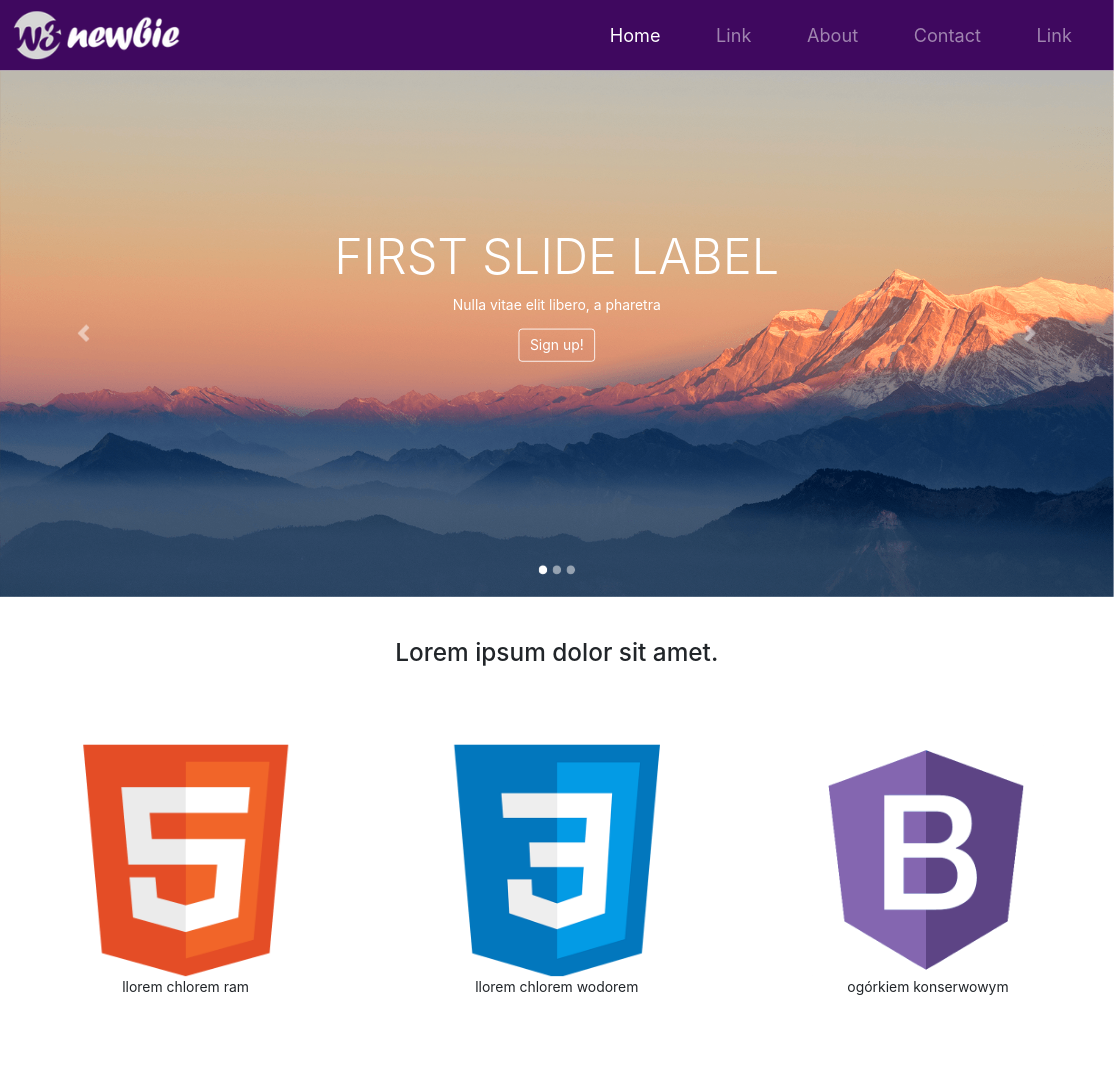
Repository: Mietlicha/bootstrap-project
Page: Bootstrap Website Files/index.html
These files come from the project's save history. The page is drawn as it stood at one moment and after the next save; the edit follows.
The browser window is 1280 px wide. The pictures show the whole page, at 87% of full size.

Above is the page before, as saved 2019-10-28 23:16:48.

### Bootstrap Website Files/index.html
<!DOCTYPE html>
<html lang="en">

<head>
  <title>Bootstrap Website Tutorial</title>
  <meta charset="utf-8">
  <meta name="viewport" content="width=device-width, initial-scale=1">
  <link rel="stylesheet" href="https://stackpath.bootstrapcdn.com/bootstrap/4.3.1/css/bootstrap.min.css"
    integrity="sha384-ggOyR0iXCbMQv3Xipma34MD+dH/1fQ784/j6cY/iJTQUOhcWr7x9JvoRxT2MZw1T" crossorigin="anonymous">
  <link rel="stylesheet" href="https://cdnjs.cloudflare.com/ajax/libs/font-awesome/4.7.0/css/font-awesome.min.css">
  <link rel="stylesheet" href="..//style.css">
</head>

<body>
  <!--Navbar--------------------------------------------------------------------------------------------------->
  <nav class="navbar navbar-expand-md navbar-dark bg-violet">
    <a class="navbar-brand" href="#"><img src="img/w3newbie.png" alt="logo"></a>
    <button class="navbar-toggler" type="button" data-toggle="collapse" data-target="#navbarSupportedContent"
      aria-controls="navbarSupportedContent" aria-expanded="false" aria-label="Toggle navigation">
      <span class="navbar-toggler-icon"></span>
    </button>

    <div class="collapse navbar-collapse" id="navbarSupportedContent">
      <ul class="navbar-nav ml-auto">
        <li class="nav-item active">
          <a class="nav-link" href="#">Home <span class="sr-only">(current)</span></a>
        </li>
        <li class="nav-item">
          <a class="nav-link" href="#">Link</a>
        </li>
        <li class="nav-item">
          <a class="nav-link" href="#">About</a>
        </li>
        <li class="nav-item">
          <a class="nav-link" href="#">Contact</a>
        </li>
        <li class="nav-item">
          <a class="nav-link" href="#">Link</a>
        </li>
      </ul>
    </div>
  </nav>

  <!--Slider-------------------------------------------------------------------------------------------------->
  <section>
    <div id="carouselExampleIndicators" class="carousel slide" data-interval="false" data-ride="carousel">
      <ol class="carousel-indicators">
        <li data-target="#carouselExampleIndicators" data-slide-to="0" class="active"></li>
        <li data-target="#carouselExampleIndicators" data-slide-to="1"></li>
        <li data-target="#carouselExampleIndicators" data-slide-to="2"></li>
      </ol>
      <div class="carousel-inner">
        <div class="carousel-item active">
          <img src="img/mountains.png" class="d-block w-100 position-carusel-caption" alt="mountains">
          <div class="carousel-caption">
            <h1 class="display-4 text-uppercase">First slide label</h1>
            <p>Nulla vitae elit libero, a pharetra</p>
            <button type="button" class="btn btn-outline-primary mb-5">Sign up!</button>
          </div>
        </div>
        <div class="carousel-item">
          <img src="img/red.png" class="d-block w-100" alt="dusk at mountains">
        </div>
        <div class="carousel-item">
          <img src="img/snow.png" class="d-block w-100" alt="snowy mountains">
        </div>
      </div>
      <a class="carousel-control-prev" href="#carouselExampleIndicators" role="button" data-slide="prev">
        <span class="carousel-control-prev-icon" aria-hidden="true"></span>
        <span class="sr-only">Previous</span>
      </a>
      <a class="carousel-control-next" href="#carouselExampleIndicators" role="button" data-slide="next">
        <span class="carousel-control-next-icon" aria-hidden="true"></span>
        <span class="sr-only">Next</span>
      </a>
    </div>
  </section>

  <!--content--------------------------------------------------------------------------------------------------->
  <section>
      <header class="text-center mt-5"><h3>Lorem ipsum dolor sit amet.</h3></header>
    <div class="main-container text-center">
      <!-- <div class="row"> -->
        <figure class="col-12 col-md-4">
          <a href="#"><img src="img/html5.png" class="image-fluid" alt="html5"></a>
          <figcaption >llorem chlorem ram</figcaption>
        </figure>
        <figure class="col-12 col-md-4">
          <a href="#"><img src="img/css3.png" class="image-fluid" alt="css3"></a>
          <figcaption>llorem chlorem wodorem</figcaption>
        </figure>
        <figure class="col-12 col-md-4">
          <a href="#"><img src="img/bootstrap.png" class="image-fluid" alt="bootstrap"></a>
          <figcaption>ogórkiem konserwowym</figcaption>
        </figure>
      <!-- </div> -->
    </div>
  </section>

  <script src="https://code.jquery.com/jquery-3.3.1.slim.min.js"
    integrity="sha384-q8i/X+965DzO0rT7abK41JStQIAqVgRVzpbzo5smXKp4YfRvH+8abtTE1Pi6jizo"
    crossorigin="anonymous"></script>
  <script src="https://cdnjs.cloudflare.com/ajax/libs/popper.js/1.14.7/umd/popper.min.js"
    integrity="sha384-UO2eT0CpHqdSJQ6hJty5KVphtPhzWj9WO1clHTMGa3JDZwrnQq4sF86dIHNDz0W1"
    crossorigin="anonymous"></script>
  <script src="https://stackpath.bootstrapcdn.com/bootstrap/4.3.1/js/bootstrap.min.js"
    integrity="sha384-JjSmVgyd0p3pXB1rRibZUAYoIIy6OrQ6VrjIEaFf/nJGzIxFDsf4x0xIM+B07jRM"
    crossorigin="anonymous"></script>
</body>

</html>

### style.css
*{
    box-sizing: border-box;
}

body{
    margin: 0;
    padding: 0;
}

/*Navbar*/
.bg-violet{
    background-color: rgb(63, 8, 95);
}

.nav-item{
    padding: 0 1.5rem;
    font-size: 1.3rem;
}

.navbar-dark .navbar-nav .nav-link:hover {
    color: rgb(255,255,255);
}

/*Slider*/

.carousel-item{
    width: 100%;
    height: auto;
}
.carousel-indicators > li {
    width: 10px;
    height: 10px;
    border-radius: 50%;
  }

  /*wyśrodkowanie DIVA translateY!!!!!*/
  .carousel-caption{
    position: absolute;
    top: 50%;
    transform: translateY(-50%);
}

.btn-outline-primary{
    border-color: #fff;
    color: #fff;
}

.btn-outline-primary:focus{
    border: none;
}

/*content*/
.main-container{
display: flex;
flex-wrap: wrap;
justify-content: space-around;
align-items: center
}

.main-container figure{
/* background-color: rgb(185, 24, 24); */
width: 30%;
padding: 5rem;
}

.main-container figure img{
max-width: 100%;
height: auto;
}

@media(max-width:768px){
    .carousel-caption{
        top: 40%;
        transform: translateY(-50%);
    }

    .carousel-caption h1{
        font-size: 2rem;
    }
}

@media(max-width:500px){
    .carousel-caption{
        top: 33%;
        transform: translateY(-50%);
    }

    .carousel-caption h1{
        font-size: 1.7rem;
    }

    .carousel-caption p{
        font-size: 0.7rem;
    }
}

After the next save:
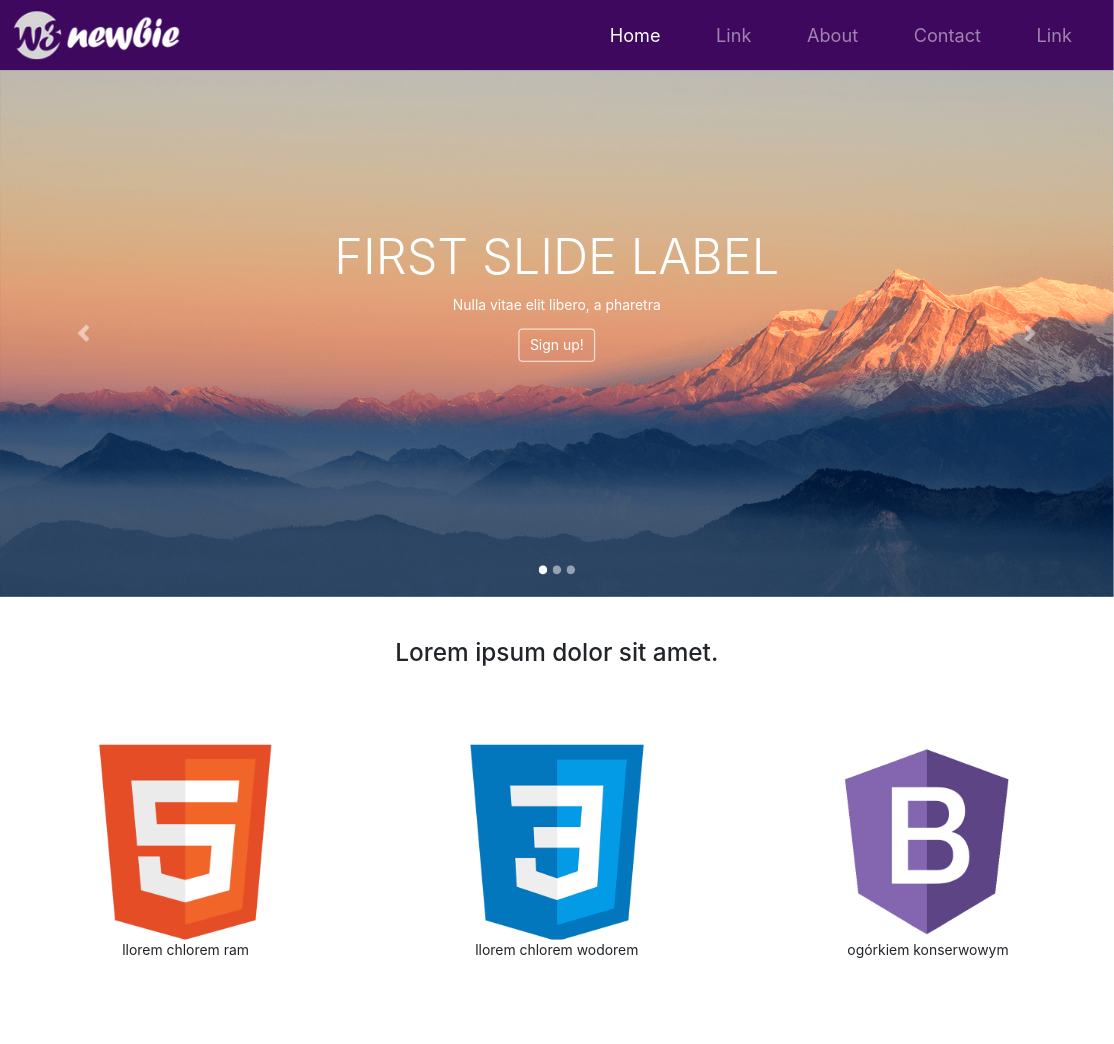
Saved 54 s later.
--- a/Bootstrap Website Files/index.html
+++ b/Bootstrap Website Files/index.html
@@ -80,16 +80,15 @@
   <section>
       <header class="text-center mt-5"><h3>Lorem ipsum dolor sit amet.</h3></header>
     <div class="main-container text-center">
-      <!-- <div class="row"> -->
-        <figure class="col-12 col-md-4">
-          <a href="#"><img src="img/html5.png" class="image-fluid" alt="html5"></a>
+        <figure>
+          <a href="#"><img src="img/html5.png" alt="html5"></a>
           <figcaption >llorem chlorem ram</figcaption>
         </figure>
-        <figure class="col-12 col-md-4">
+        <figure>
           <a href="#"><img src="img/css3.png" class="image-fluid" alt="css3"></a>
           <figcaption>llorem chlorem wodorem</figcaption>
         </figure>
-        <figure class="col-12 col-md-4">
+        <figure>
           <a href="#"><img src="img/bootstrap.png" class="image-fluid" alt="bootstrap"></a>
           <figcaption>ogórkiem konserwowym</figcaption>
         </figure>
